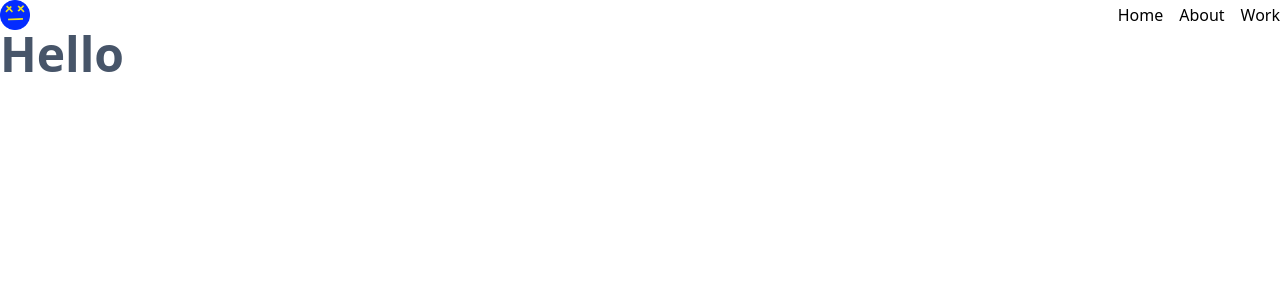
Repository: aaroncemery/aaroncemery-next
Page: /
These files come from the project's save history. The page is drawn as it stood at one moment and after the next save; the edit follows.
The browser window is 1280 px wide. The pictures show the whole page.
The project was rebuilt for these pictures with package versions that can differ from the ones it lists, and the page was loaded fresh each time. The framework's server and built-in components were replaced by stand-ins that run in the browser. Also part of the build but not shown: next.config.js.

Above is the page before, as saved 2022-06-13 17:01:02.

### pages/index.tsx
import type { NextPage } from 'next'
import { Fragment } from 'react'
import Image from 'next/image'
import NavIcon from '../public/nav-icon.png'

const Home: NextPage = () => {
  return (
    <Fragment>
      <nav className="container flex justify-between items-center">
        <Image src={NavIcon} alt={'aaroncemery icon'} height={30} width={30} />
        <ul className="flex justify-between items-center gap-4">
          <li>Home</li>
          <li>About</li>
          <li>Work</li>
        </ul>
      </nav>
      <h1 className="font-sans text-5xl font-bold text-slate-600">Hello</h1>
    </Fragment>
  )
}

export default Home

Loaded but not shown: pages/_app.tsx (common file); styles/globals.css (common file); tailwind.config.js (common file)

After the next save:
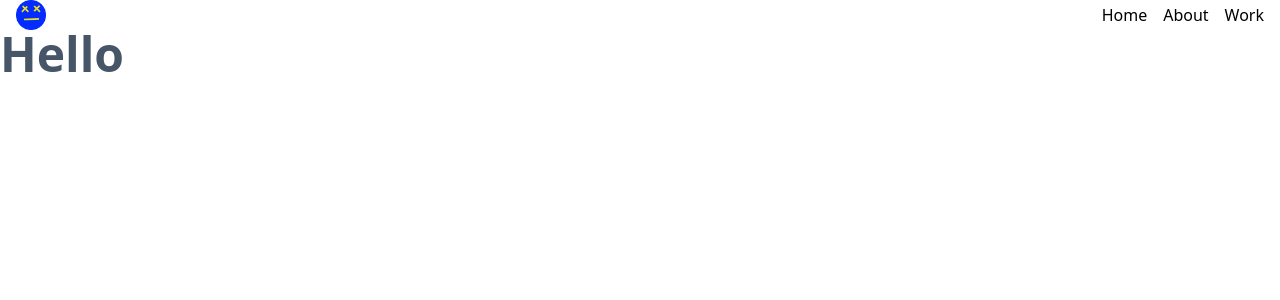
Saved 26 s later.
--- a/pages/index.tsx
+++ b/pages/index.tsx
@@ -6,7 +6,7 @@ import NavIcon from '../public/nav-icon.png'
 const Home: NextPage = () => {
   return (
     <Fragment>
-      <nav className="container flex justify-between items-center">
+      <nav className="container flex justify-between items-center px-4">
         <Image src={NavIcon} alt={'aaroncemery icon'} height={30} width={30} />
         <ul className="flex justify-between items-center gap-4">
           <li>Home</li>
